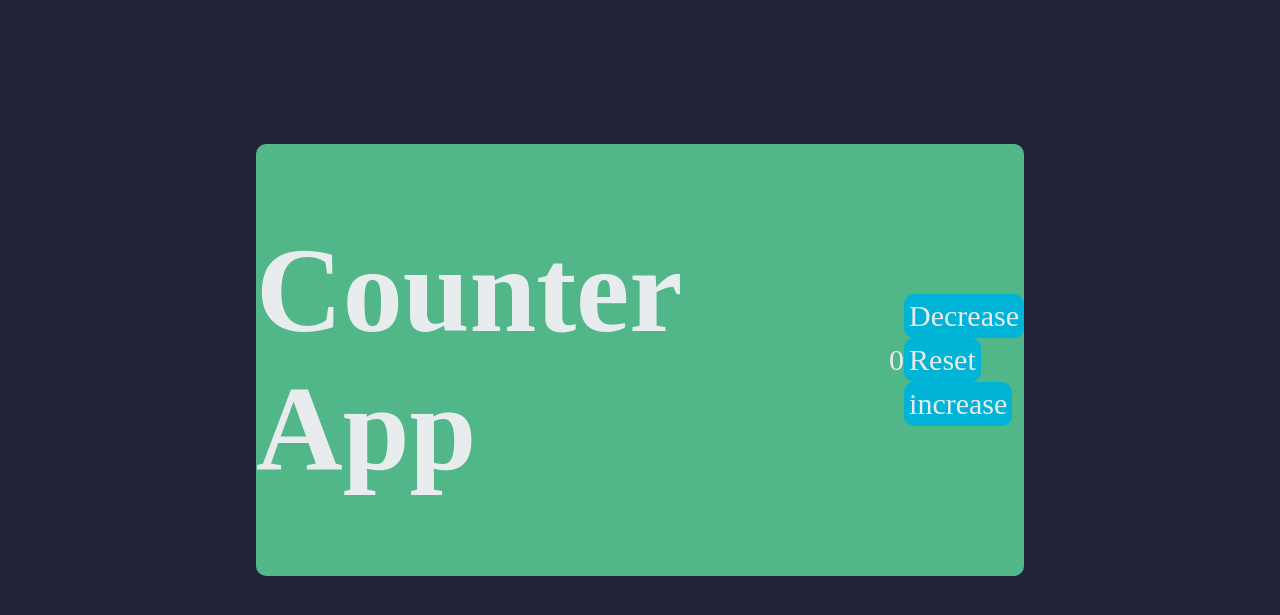
Repository: Yuukicoder/basicProject
Page: project2.html
The author's editor kept a copy of each file at every save. The page is drawn from the files as they stood at one save, then again after the next save.
The browser window is 1280 px wide. The pictures show the whole page.
Some web fonts or font styles are not loaded; a fallback is used.

Above is the page before, as saved 2023-02-24 17:09:23.

After the next save:
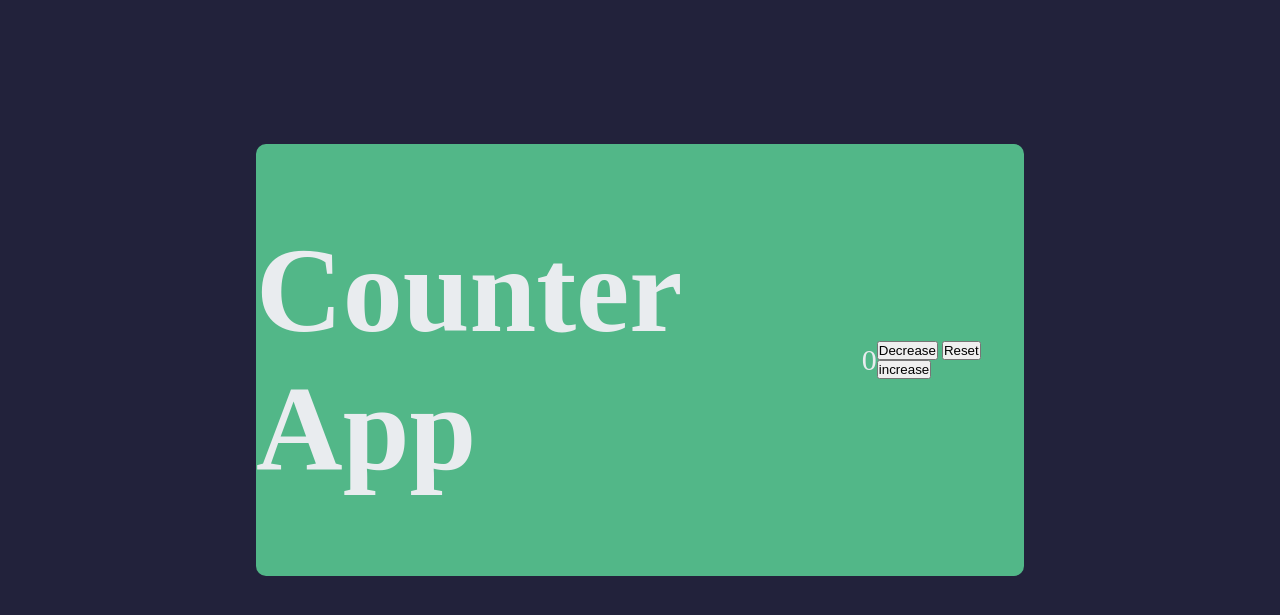
Saved 16 s later.
--- a/assets/css/project2.css
+++ b/assets/css/project2.css
@@ -39,7 +39,7 @@ p {
   display: block;
   font-size: 30px;
 }
-button {
+buttons {
   display: block;
   background-color: var(--button);
   color: var(--text);
